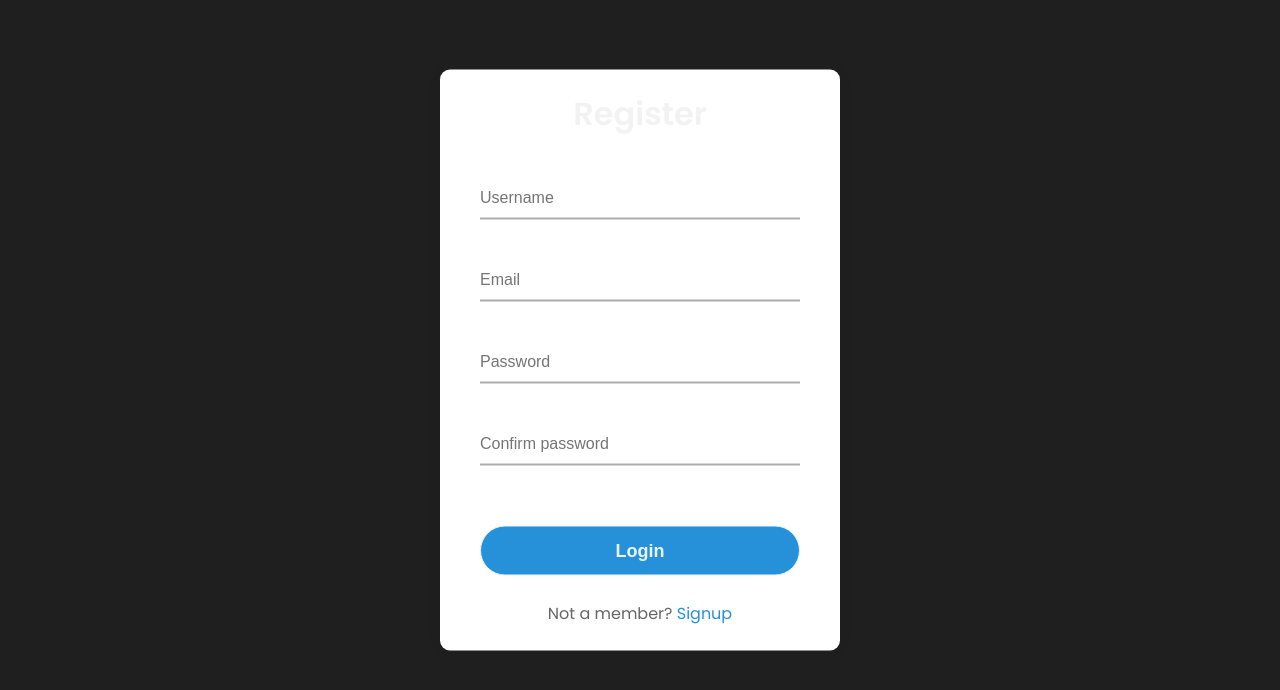
Repository: long5122000/Shopc
Page: register.html
The author's editor kept a copy of each file at every save. The page is drawn from the files as they stood at one save, then again after the next save.
The browser window is 1280 px wide. The pictures show the whole page.
The style sheet was rebuilt from its Sass, Less or Tailwind sources for each picture, by a compiler version that may differ from the author's.

Above is the page before, as saved 2021-11-30 20:48:34.

### register.html
<!DOCTYPE html>
<html lang="en">
  <head>
    <meta charset="UTF-8" />
    <meta http-equiv="X-UA-Compatible" content="IE=edge" />
    <meta name="viewport" content="width=device-width, initial-scale=1.0" />
    <title>Document</title>
    <link rel="stylesheet" href="./css/app.css" />
  </head>
  <body>
    <div class="container">
      <h1>Register</h1>
      <form>
        <div class="form-control">
          <input type="text" id="username" placeholder="Username" />
          <span></span>
          <small></small>
        </div>
        <div class="form-control">
          <input type="email" id="email" placeholder="Email" />
          <span></span>
          <small></small>
        </div>
        <div class="form-control">
          <input type="password" id="password" placeholder="Password" />
          <span></span>
          <small></small>
        </div>
        <div class="form-control">
          <input
            type="password"
            id="password2"
            placeholder="Confirm password"
          />
          <span></span>
          <small></small>
        </div>
        <input type="submit" value="Login" />
        <div class="signup_link">Not a member? <a href="#">Signup</a></div>
      </form>
    </div>
  </body>
</html>

### sass/app.scss
@import "variables";
@import "reset";
@import "mixin";
@import "base";
@import "header";
@import "cart";
@import "search";
@import "info";
@import "home";
@import "category";
@import "about";
@import "hot";
@import "discount";
@import "new";
@import "newsletter";
@import "footer";
@import "modal";
@import "scroll";
@import "register";
@import "breakpoints";

### sass/_variables.scss
@import url("https://fonts.googleapis.com/css2?family=Poppins:wght@400;500;600;900&display=swap");
:root {
  --header-height: 3.5rem;
  /* Colors */
  --hue: 14;
  --first-color: hsl(var(--hue), 91%, 54%);
  --menu-color: hsl(31, 76%, 74%);
  --button-color: hsl(0, 0%, 24%);
  --button-color-alt: hsl(0, 0%, 28%);
  --title-color: hsl(0, 0%, 95%);
  --text-color: hsl(0, 0%, 75%);
  --body-color: hsl(0, 0%, 12%);
  --container-color: hsl(0, 0%, 16%);
  --border-color: hsl(0, 0%, 20%);
  --border-color: hsl(0, 0%, 94%);
  --dark1: #3e363f;
  --dark2: #212527;
  --light1: #fffce8;
  --light2: #edf7f6;
  --red: #df4747;
  --green: #47df5b;
  --transition250: all 250ms ease-in-out;
  --transition500: all 500ms ease-in-out;
  /* Font and typography */
  --body-font: "Poppins", sans-serif;
  --biggest-font-size: 2rem;
  --h1-font-size: 1.5rem;
  --h2-font-size: 1.25rem;
  --h3-font-size: 1rem;
  --normal-font-size: 0.938rem;
  --small-font-size: 0.813rem;
  /* font weight */
  --font-medium: 500;
  --font-semi-bold: 600;
  --font-black: 900;
  /* margenes bottom */
  --mb-0-25: 0.25rem;
  --mb-0-5: 0.5rem;
  --mb-0-75: 0.75rem;
  --mb-1: 1rem;
  --mb-1-5: 1.5rem;
  --mb-2: 2rem;
  --mb-2-5: 2.5rem;
  /* z-index */
  --z-tooltip: 10;
  --z-fixed: 100;

  @media screen and (min-width: 992px) {
    --biggest-font-size: 4rem;
    --h1-font-size: 2.25rem;
    --h2-font-size: 1.5rem;
    --h3-font-size: 1.25rem;
    --normal-font-size: 1rem;
    --small-font-size: 0.875rem;
    --smaller-font-size: 0.813rem;
  }
}

/*=============== GOOGLE FONTS ===============*/

### sass/_reset.scss
html {
  box-sizing: border-box;
}
* {
  margin: 0;
  padding: 0;
}
*,
*:before,
*:after {
  box-sizing: border-box;
}
input,
textarea,
select,
button {
  outline: none;
  border: none;
}
input {
  line-height: normal;
}
label,
button {
  cursor: pointer;
}
a {
  text-decoration: none;
}
img {
  display: block;
  max-width: 100%;
}

### sass/_mixin.scss
@mixin flex(
  $align: flex-start,
  $justify: flex-start,
  $wrap: nowrap,
  $dir: row
) {
  display: flex;
  justify-content: $justify;
  align-items: $align;
  flex-wrap: $wrap;
  flex-direction: $dir;
}
@mixin maxw($breakpoint) {
  @media screen and (max-width: $breakpoint) {
    @content;
  }
}
@mixin minw($breakpoint) {
  @media screen and (min-width: $breakpoint) {
    @content;
  }
}
@mixin center {
  display: flex;
  justify-content: center;
  align-items: center;
}

### sass/_base.scss
* {
  box-sizing: border-box;
  padding: 0;
  margin: 0;
}
html {
  scroll-behavior: smooth;
}
body {
  margin: var(--header-height) 0 0 0;
  font-family: var(--body-font);
  font-size: var(--normal-font-size);
  background: var(--body-color);
  color: var(--text-color);
}
h1,
h2,
h3,
h4 {
  color: var(--title-color);
  font-weight: var(--font-semi-bold);
}
ul {
  list-style: none;
}
.section {
  padding: 4.5rem 0 2rem;
}
.section__title {
  font-size: var(--h2-font-size);
  margin-bottom: var(--mb2);
  text-align: center;
}
.container {
  max-width: 1240px;
  margin-left: var(--mb-1-5);
  margin-right: var(--mb-1-5);
}
.grid {
  display: grid;
}
.main {
  overflow: hidden;
}
::-webkit-scrollbar {
  width: 0.6rem;
  background: #413e3e;
}
::-webkit-scrollbar-thumb {
  background: #272525;
  border-radius: 0.5rem;
}
.button {
  display: inline-block;
  background-color: var(--first-color);
  color: var(--title-color);
  padding: 1rem 1.75rem;
  border-radius: 0.5rem;
  font-weight: var(--font-medium);
  transition: 0.3s;
  &:hover {
    background-color: var(--first-color-alt);
  }
  &--ghost {
    border: 2px solid;
    background-color: transparent;
    border-radius: 3rem;
    padding: 0.75rem 1.5rem;
    &:hover {
      background: none;
    }
  }
  &__icon {
    font-size: 1.25rem;
  }
  &--link {
    color: var(--title-color);
  }
  &--flex {
    display: inline-flex;
    align-items: center;
    column-gap: 0.5rem;
  }
}

### sass/_header.scss
.header {
  width: 100%;
  background: var(--body-color);
  position: fixed;
  top: 0;
  left: 0;
  z-index: var(--z-fixed);
}
.nav {
  height: var(--header-height);
  @include flex(center, space-between);
  &__logo {
    @include flex(center);
    column-gap: 0.5rem;
    font-weight: var(--font-medium);
    &-img {
      width: 1.25rem;
    }
  }
  &__link,
  &__logo,
  &__toggle,
  &__close {
    color: var(--title-color);
  }
  &__toggle {
    font-size: 1.25rem;
    cursor: pointer;
  }
  @include maxw(767px) {
    &__menu {
      position: fixed;
      width: 100%;
      background: var(--container-color);
      top: -150%;
      left: 0;
      padding: 3.5rem 0;
      transition: 0.4s;
      z-index: var(--z-fixed);
      border-radius: 0 0 1.5rem 1.5rem;
    }
  }
  &__img {
    width: 100px;
    position: absolute;
    top: 0;
    left: 0;
  }
  &__close {
    font-size: 1.8rem;
    position: absolute;
    top: 0.5rem;
    right: 0.7rem;
    cursor: pointer;
  }
  &__list {
    @include flex(center, flex-start, nowrap, column);
    row-gap: 1.5rem;
  }
  &__link {
    text-transform: uppercase;
    font-weight: var(--font-black);
    transition: 0.4;
    &:hover {
      color: var(--text-color);
    }
  }
  &__btns {
    display: flex;
    font-size: var(--h2-font-size);
    gap: 0 20px;
  }
  &__shop {
    font-size: 1.25rem;
    cursor: pointer;
  }
}

.show-menu {
  top: 0;
}

.active {
  &-link {
    position: relative;
    &::before {
      content: "";
      position: absolute;
      bottom: -0.75rem;
      left: 45%;
      width: 5px;
      height: 5px;
      background-color: var(--title-color);
      border-radius: 50%;
    }
  }
}

### sass/_cart.scss
/*=============== CART ===============*/
.cart {
  position: fixed;
  background-color: rgb(59, 59, 59);
  z-index: var(--z-fixed);
  width: 100%;
  height: 100%;
  top: 0;
  right: -100%;
  padding: 3.5rem 2rem;
  transition: 0.4s;
  overflow-y: scroll;

  &__title-center {
    font-size: var(--h2-font-size);
    text-align: center;
    margin-bottom: var(--mb-3);
  }

  &__close {
    font-size: 2rem;
    color: var(--title-color);
    position: absolute;
    top: 1.25rem;
    right: 0.9rem;
    cursor: pointer;
  }

  &__container {
    display: grid;
    row-gap: 1.5rem;
  }

  &__card {
    display: flex;
    align-items: center;
    column-gap: 1rem;
  }
  &__box {
    background-color: var(--container-color);
    padding: 0.75rem 1.25rem;
    border: 1px solid #5c5c5c;
  }
  &__img {
    width: 50px;
  }
  &__title {
    font-size: var(--normal-font-size);
    margin-bottom: 0.5rem;
  }
  &__price {
    display: block;
    font-size: var(--small-font-size);
    color: var(--menu-color);
    margin-bottom: var(--mb-1-5);
  }
  &__amount,
  &__amount-content {
    display: flex;
    align-items: center;
  }
  &__amount {
    column-gap: 3rem;

    &-content {
      column-gap: 1rem;
    }
    &-box {
      display: inline-flex;
      padding: 0.25rem;
      background-color: var(--container-color);
      border: 1px solid var(--border-color);
      cursor: pointer;
    }
    &-trash {
      font-size: 1.15rem;
      color: var(--menu-color);
      cursor: pointer;
    }
  }
  &__prices {
    margin-top: 6rem;
    display: flex;
    justify-content: space-between;

    &-item,
    &-total {
      color: var(--title-color);
    }
    &-item {
      font-size: var(--small-font-size);
    }
    &-total {
      font-size: var(--h3-font-size);
      font-weight: var(--font-medium);
    }
  }
  &::-webkit-scrollbar {
    display: none;
  }
}

/* Show cart */
.show-cart {
  right: 0;
}

### sass/_search.scss
.search-box {
  width: 1px;
  height: 30px;
  background-color: rgb(88, 88, 88);
  position: relative;

  transition: all 0.5s ease;
  border-radius: 15px;
}

.search-box.open {
  width: 220px;
}

.search-input {
  width: 100%;
  height: 100%;
  border: none;
  box-shadow: none;
  background: transparent;
  color: #fff;
  padding: 20px 20px;
  font-size: 20px;
}

.search-btn {
  color: rgba(191, 191, 191);
  outline: none;
  border: none;

  position: absolute;
  right: -0;
  top: 0;
  cursor: pointer;
  font-size: 25px;
  background-color: transparent;
}

### sass/_info.scss
.info {
  position: fixed;
  background-color: rgb(59, 59, 59);
  z-index: var(--z-fixed);
  width: 100%;
  height: 100%;
  top: 0;
  right: -100%;
  padding: 5.5rem 1rem;
  transition: 0.4s;
  overflow-y: scroll;
  &__close {
    font-size: 2rem;
    color: var(--title-color);
    position: absolute;
    top: 1.25rem;
    right: 0.9rem;
    cursor: pointer;
  }
}
.show-info {
  right: 0;
}

### sass/_home.scss
.home {
  &__content {
    row-gap: 1rem;
  }
  &__group {
    display: grid;
    position: relative;
    padding-top: 2rem;
  }
  &__image {
    height: 250px;
    justify-self: center;
  }
  &__indicator {
    width: 8px;
    height: 8px;
    background-color: var(--title-color);
    border-radius: 50%;
    position: absolute;
    top: 7rem;
    right: 2rem;
    &::after {
      content: "";
      position: absolute;
      width: 1px;
      height: 48px;
      background-color: var(--title-color);
      top: -3rem;
      right: 45%;
    }
  }
  &__details {
    &-img {
      position: absolute;
      right: 0.5rem;
    }
    &-title,
    &-subtitle {
      display: block;
      font-size: var(--small-font-size);
      text-align: right;
    }
  }
  &__subtitle {
    font-size: var(--h3-font-size);
    text-transform: uppercase;
    margin-bottom: var(--mb-1);
  }
  &__title {
    font-size: var(--biggest-font-size);
    font-weight: var(--font-black);
    line-height: 109%;
    margin-bottom: var(--mb-1);
  }
  &__description {
    margin-bottom: var(--mb-1);
  }
  &__buttons {
    @include flex(center, space-between);
  }
}

.swiper {
  &-pagination {
    position: initial;
    margin-top: var(--mb-1);
    &-bullet {
      width: 5px;
      height: 5px;
      background-color: var(--title-color);
      opacity: 1;
    }
  }
}
.swiper-pagination-horizontal.swiper-pagination-bullets .swiper-pagination-bullet {
  margin: 0 0.5rem;
}
.swiper-pagination-bullet-active {
  width: 1.5rem;
  height: 5px;
  border-radius: 0.5rem;
}

### sass/_category.scss
.category {
  &__container {
    grid-template-columns: repeat(2, 1fr);
    gap: 1rem 2rem;
  }
  &__data {
    text-align: center;
  }
  &__image {
    width: 120px;
    margin: 0 auto;
    transition: 0.3s;
  }
  &__title {
    margin-bottom: var(--mb-0-25);
  }
  &__data:hover {
    .category {
      &__image {
        transform: translateY(-0.5rem);
      }
    }
  }
}
.scroll {
  &-header {
    background: var(--container-color);
  }
}

### sass/_about.scss
.about {
  &__container {
    row-gap: 2rem;
  }
  &__data {
    text-align: center;
  }
  &__description {
    margin-bottom: var(--mb-2);
  }
  &__image {
    width: 200px;
    justify-self: center;
  }
}

### sass/_hot.scss
.hot {
  &__container {
    grid-template-columns: repeat(2, 1fr);
    gap: 1.5rem;
    padding: 1rem;
  }
  &__content {
    position: relative;
    background: var(--container-color);
    border-radius: 1rem;
    padding: 1.5rem 0 1rem 0;
    text-align: center;
    overflow: hidden;

    &:hover .hot__image {
      transform: translateY(-0.5rem);
    }
    &:hover .hot__button {
      right: 0;
    }
  }
  &__image {
    width: 90px;
    transition: 0.3s;
    margin: 0 auto;
  }
  &__subtitle,
  &__price {
    display: block;
  }
  &__subtitle {
    font-size: var(--smaller-font-size);
    margin-bottom: var(--mb-0-5);
  }
  &__title,
  &__price {
    color: var(--title-color);
    font-weight: var(--font-medium);
    font-size: var(--normal-font-size);
  }
  &__button {
    display: flex;
    flex-direction: column;
    gap: 5px 0;
    padding: 0.5rem;
    border-radius: 0.25rem 0.25rem 0.75rem 0.25rem;
    position: absolute;
    right: -3rem;
    bottom: 0;
  }
  &__icon {
    font-size: 1.25rem;
    color: var(--title-color);
    &--bt {
      border-bottom: 1px solid gray;
      padding-bottom: 4px;
    }
    &:hover {
      color: var(--first-color);
    }
  }
}

### sass/_discount.scss
.discount {
  &__container {
    background: var(--container-color);
    border-radius: 1rem;
    padding: 2.5rem 0 1.5rem;
    row-gap: 0.75rem;
  }
  &__data {
    text-align: center;
  }
  &__title {
    font-size: var(--h2-font-size);
    margin-bottom: var(--mb-2);
  }
  &__image {
    width: 200px;
    justify-self: center;
  }
}

### sass/_new.scss
.new {
  &__container {
    padding-top: 1rem;
  }
  &__image {
    width: 120px;
    height: 120px;
    transition: 0.3s;
    margin: 0 auto;
    margin-bottom: var(--mb-0-5);
  }
  &__content {
    position: relative;
    background: var(--container-color);
    width: 242px;
    padding: 2rem 0 1.5rem 0;
    border-radius: 0.75rem;
    text-align: center;
    overflow: hidden;

    &:hover .new__image {
      transform: translateY(-0.5rem);
    }
    &:hover .new__button {
      right: 0;
    }
  }
  &__tag {
    position: absolute;
    top: 8%;
    left: 8%;
    background-color: var(--first-color);
    color: var(--title-color);
    font-size: var(--small-font-size);
    padding: 0.25rem 0.5rem;
    border-radius: 0.25rem;
  }
  &__title {
    font-size: var(--normal-font-size);
    font-weight: var(--font-medium);
  }
  &__subtitle {
    display: block;
    font-size: (--small-font-size);
    margin-bottom: var(--mb-0-5);
  }
  &__prices {
    display: inline-flex;
    align-items: center;
    column-gap: 0.5rem;
  }
  &__price {
    font-weight: var(--font-medium);
    color: var(--title-color);
  }
  &__discount {
    color: var(--first-color);
    font-size: var(--small-font-size);
    text-decoration: line-through;
    font-weight: var(--font-medium);
  }
  &__button {
    display: flex;
    flex-direction: column;
    gap: 5px 0;
    padding: 0.5rem;
    border-radius: 0.25rem 0.25rem 0.75rem 0.25rem;
    position: absolute;
    bottom: 0;
    right: -3rem;
  }

  &__icon {
    font-size: 1.25rem;
    color: var(--title-color);
    &--bt {
      border-bottom: 1px solid gray;
      padding-bottom: 4px;
    }
    &:hover {
      color: var(--first-color);
    }
  }
}

### sass/_newsletter.scss
.newsletter {
  &__description {
    text-align: center;
    margin-bottom: var(--mb-1-5);
  }
  &__form {
    background: var(--container-color);
    padding: 1rem;
    @include flex(center, space-between);
    // display: flex;
    // justify-content: space-between;
    border-radius: 0.75rem;
  }
  &__input {
    width: 70%;
    padding: 0 0.5rem;
    background: none;
    color: var(--title-color);
    &::placeholder {
      color: var(--text-color);
    }
  }
}

### sass/_footer.scss
.footer {
  position: relative;
  overflow: hidden;
  &__image {
    &-one,
    &-two {
      position: absolute;
      transition: 0.3s;
      &:hover {
        transform: translateY(-0.5rem);
      }
    }
    &-one {
      width: 100px;
      top: 6rem;
      right: -2rem;
    }
    &-two {
      width: 150px;
      bottom: 4rem;
      right: 4rem;
    }
  }
  &__container {
    row-gap: 2rem;
  }
  &__logo {
    @include flex(center);
    column-gap: 0.5rem;
    margin-bottom: var(--mb-1);
    font-weight: var(--font-medium);
    color: var(--title-color);
    &-image {
      width: 20px;
    }
  }
  &__description {
    margin-bottom: var(--mb-2-5);
  }
  &__social {
    display: flex;
    column-gap: 0.75rem;
    &-link {
      display: inline-flex;
      background: var(--container-color);
      padding: 0.25rem;
      border-radius: 0.25rem;
      color: var(--title-color);
      font-size: 1rem;
      &:hover {
        background: var(--body-color);
      }
    }
  }
  &__title {
    font-size: var(--h3-font-size);
    margin-bottom: var(--mb-1);
  }
  &__links {
    display: grid;
    row-gap: 0.35rem;
  }
  &__link {
    font-size: var(--small-font-size);
    color: var(--text-color);
    transition: 0.3s;
    &:hover {
      color: var(--title-color);
    }
  }
  &__copy {
    display: block;
    text-align: center;
    font-size: var(--smaller-font-size);
    margin-top: 4.5rem;
  }
}

### sass/_modal.scss
.modal {
  position: fixed;
  top: 0;
  height: 100%;
  width: 100%;
  background: var(--container-color);
  transition: var(--transition250);
  opacity: 0;
  visibility: hidden;
  z-index: 100;
  border-radius: 8px;
  &__main {
    display: grid;
    grid-template-columns: 1fr;
    padding: 0 10px;
  }
  &__image {
    height: 100%;
    width: 100%;
    margin-top: var(--mb-2-5);
  }
  &__title {
    font-size: var(--h1-font-size);
    text-align: center;
    margin-top: var(--mb-2);
    margin-bottom: var(--mb-1-5);
  }
  &__desc {
    margin-bottom: var(--mb-1-5);
  }
  &__price {
    font-size: var(--h2-font-size);
    color: var(--first-color);
    margin-bottom: var(--mb-1-5);
  }
  &__button {
    text-align: center;
  }
  &__close {
    position: absolute;
    right: 5px;
    top: 5px;
    font-size: 2.5rem;
  }
}
.show-modal {
  opacity: 1;
  visibility: unset;
}

### sass/_scroll.scss
.scrollup {
  position: fixed;
  background: var(--first-color);
  right: 1rem;
  bottom: -20%;
  display: inline-flex;
  padding: 0.3rem;
  border-radius: 0.25rem;
  z-index: var(--z-tooltip);
  opacity: 0.8;
  transition: 0.4s;
  &:hover {
    background: var(--container-color);
    opacity: 1;
  }
  &__icon {
    font-size: 1.2rem;
    color: var(--title-color);
  }
}
.show-scroll {
  bottom: 3rem;
}

### sass/_register.scss
.container {
  position: absolute;
  top: 50%;
  left: 50%;
  transform: translate(-50%, -50%);
  width: 400px;
  background: white;
  border-radius: 10px;
  box-shadow: 0px 0px 15px rgba(0, 0, 0, 0.05);
}

.container h1 {
  text-align: center;
  padding-top: 20px;
}

.container form {
  padding: 0 40px;
}

form .form-control {
  position: relative;
  border-bottom: 2px solid #adadad;
  margin: 40px 0;
}

.form-control.success {
  border-bottom-color: var(--first-color);
}

.form-control.error {
  border-bottom-color: #e74c3c;
}

.form-control input {
  width: 100%;
  height: 40px;
  font-size: 16px;
  border: none;
  background: none;
  outline: none;
}

small {
  position: absolute;
  left: 0;
  top: 100%;
  margin-top: 3px;
  color: #e74c3c;
}

.form-control span::before {
  content: "";
  position: absolute;
  top: 40px;
  left: 0;
  width: 0%;
  height: 2px;
  background: #2691d9;
  transition: 0.3s;
}

.form-control input:focus ~ span::before {
  width: 100%;
}

input[type="submit"] {
  margin-top: 20px;
  width: 100%;
  height: 50px;
  border: 1px solid;
  background: #2691d9;
  border-radius: 25px;
  font-size: 18px;
  color: #e9f4fb;
  font-weight: 700;
  cursor: pointer;
  outline: none;
  transition: 0.5s;
}

input[type="submit"]:hover {
  background-color: #08609a;
}

.signup_link {
  margin: 25px 0;
  text-align: center;
  font-size: 16px;
  color: #666666;
}

.signup_link a {
  color: #2691d9;
  text-decoration: none;
}

.signup_link a:hover {
  text-decoration: underline;
}

Loaded but not shown: sass/_breakpoints.scss (355 lines, source omitted)

After the next save:
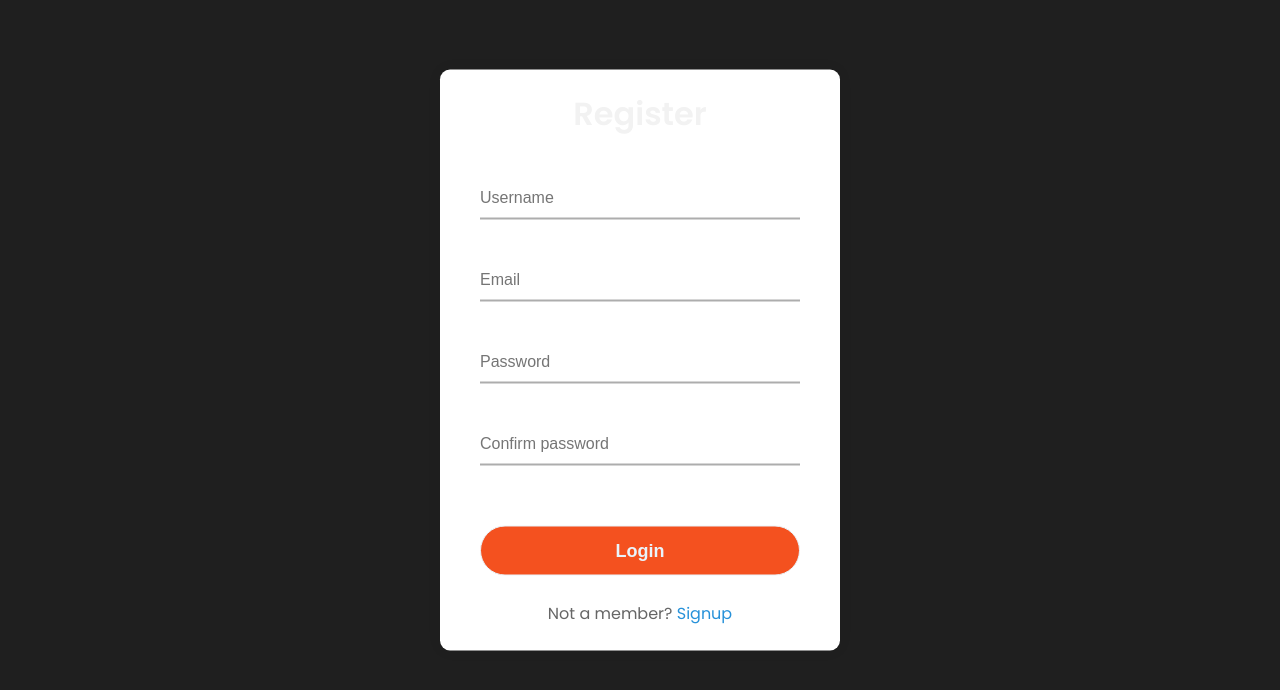
Saved 25 s later.
--- a/sass/_register.scss
+++ b/sass/_register.scss
@@ -56,7 +56,7 @@ small {
   left: 0;
   width: 0%;
   height: 2px;
-  background: #2691d9;
+  background: var(--first-color);
   transition: 0.3s;
 }
 
@@ -69,7 +69,7 @@ input[type="submit"] {
   width: 100%;
   height: 50px;
   border: 1px solid;
-  background: #2691d9;
+  background: var(--first-color);
   border-radius: 25px;
   font-size: 18px;
   color: #e9f4fb;
